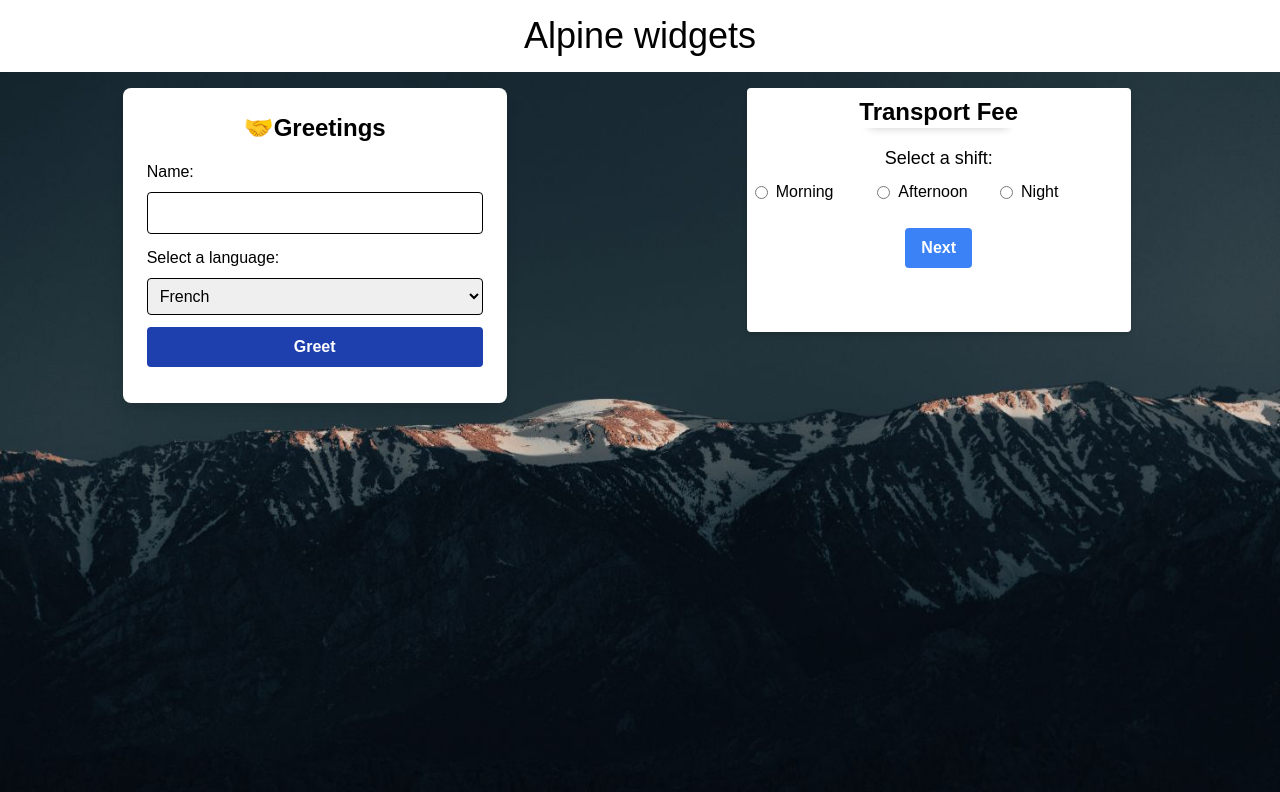
Repository: lasity34/alpine-bootcamp-widgets
Page: index.html
These files come from the project's save history. The page is drawn as it stood at one moment and after the next save; the edit follows.
The browser window is 1280 px wide. The pictures show the whole page.
Some web fonts or font styles are not loaded; a fallback is used. Some web libraries are served in a nearby version.

Above is the page before, as saved 2023-07-12 15:49:23.
Console error: ReferenceError: shift is not defined

### index.html
<!DOCTYPE html>
<html lang="en">
  <head>
    <meta charset="UTF-8" />
    <meta name="viewport" content="width=device-width, initial-scale=1.0" />
    <title>Alpine bootcamp widgets</title>
    <script src="https://unpkg.com/alpinejs@3.2.2" defer></script>

    <link
      href="https://cdn.jsdelivr.net/npm/tailwindcss@2.1.2/dist/tailwind.min.css"
      rel="stylesheet"
    />
    <link rel="preconnect" href="https://fonts.googleapis.com" />
    <link rel="preconnect" href="https://fonts.gstatic.com" crossorigin />
    <link
      href="https://fonts.googleapis.com/css2?family=Titillium+Web:ital@0;1&family=Tsukimi+Rounded:wght@300;400;500&display=swap"
      rel="stylesheet"
    />
    <link rel="stylesheet" href="./style.css" />
  </head>
  <body>
    <h1 class="text-4xl text-center mt-4 pb-4">Alpine widgets</h1>
    <div class="widget_container flex justify-around items-start h-screen">
      <section x-data="greet" class="w-1/3" >
        <div class="bg-white rounded-lg shadow-lg p-6 m-4 max-w-sm">
          <h2 class="text-2xl text-center font-bold mb-4">🤝Greetings</h2>
          <p
            class="mt-3 text-red-600 text-xl text-center"
            x-text="notification"
            x-show.transition="showNotification"
            x-transition:leave="transition ease-in duration-1000"
            x-transition:leave-start="opacity-100"
            x-transition:leave-end="opacity-0"
          ></p>
          <div>
            <label>Name:</label>
            <input
              type="text"
              x-model="name"
              class="border border-black p-2 mt-2 rounded w-full"
            />

            <label class="mt-3 block">Select a language:</label>
            <select
              x-model="language"
              class="border border-black mt-2 p-2 rounded w-full"
            >
              <option value="French">French</option>
              <option value="English">English</option>
              <option value="Spanish">Spanish</option>
            </select>
            <div class="flex justify-center flex-col">
              <button
                @click="validateInput() & greeting()"
                class="text-center mt-3 bg-blue-800 hover:bg-blue-900 text-white font-bold py-2 px-4 rounded"
              >
                Greet
              </button>

              <p
                class="mt-3 text-purple-700 text-2xl text-center"
                x-text="message"
              ></p>
            </div>
          </div>
        </div>
      </section>
      <section
      class="w-1/3 "
        x-data="transportFee"
      >
      <div class="flex flex-col items-center bg-white max-w-sm mt-4 pb-16 p-2 rounded shadow-md">
        <h1 class="text-2xl font-bold mb-4">Transport Fee</h1>

        <label class="text-lg mb-2">Select a shift:</label>
        <div class="flex justify-between w-full">


        <div class="flex items-center mb-2 w-1/3">
          <input
            type="radio"
            id="morning"
            name="shift"
            x-model="shift"
            value="morning"
            class="mr-2"
          />
          <label for="morning">Morning</label>
        </div>

        <div class="flex items-center mb-2 w-1/3">
          <input
            type="radio"
            id="afternoon"
            name="shift"
            x-model="shift"
            value="afternoon"
            class="mr-2"
          />
          <label for="afternoon">Afternoon</label>
        </div>

        <div class="flex items-center mb-2 w-1/3">
          <input
            type="radio"
            id="night"
            name="shift"
            x-model="shift"
            value="night"
            class="mr-2"
          />
          <label for="night">Night</label>
        </div>
      </div>
        <button
          @click="validate()"
          class="mt-4 bg-blue-500 hover:bg-blue-700 text-white font-bold py-2 px-4 rounded"
        >
          Next
        </button>
        </div>
      </section>
    </div>

    <script src="./greet.js"></script>
    <script src="./transportFee.js"></script>
  </body>
</html>

### style.css
body {


    font-family: 'Tsukimi Rounded', sans-serif;
}

h1 {
    box-shadow: 0 10px 10px -10px rgba(0,0,0,0.2);
    font-family: 'Tsukimi Rounded', sans-serif;
    color: #020101;
}

.widget_container {
    background-image: url(./background.jpg);
    background-repeat: no-repeat;
    background-size: cover;
    background-position: center;
}

### greet.js


function greet() {
  return {
    name: '',
    language: 'French',
    message: '',
    notification: '',
    showNotification: false,
    greeting() {
      if (!this.validateInput()) {
        return;
      }
      if (this.language === 'English') {
        this.message = `🇬🇧 Hello ${this.name} 🇬🇧`
      } else if (this.language === 'French') {
        this.message = `🇫🇷 Bonjour ${this.name} 🇫🇷`
      } else if (this.language === 'Spanish') {
        this.message = `🇪🇸 Hola ${this.name} 🇪🇸`
      }
      this.name = ''
    },
    validateInput() {
      let regex = /^[a-zA-Z]+$/;  // Regex for letters and spaces only
      if (!this.name) {
        this.notify('Please type in a name');
        return false;
      }
      if (!regex.test(this.name)) {
        this.notify('Please don\'t use special characters');
        this.name = ''
        return false;
      }

      return true;
    },
    notify(msg) {
      this.notification = msg;
      this.showNotification = true;
      setTimeout(() => this.showNotification = false, 3000);
    }
  }
}



document.addEventListener("alpine:init", () => {
    Alpine.data("greet", greet);
  });

### transportFee.js
function transportFee() {
    return {

    }
}




document.addEventListener("alpine:init", () => {
    Alpine.data("transportFee", transportFee);
  });

After the next save:
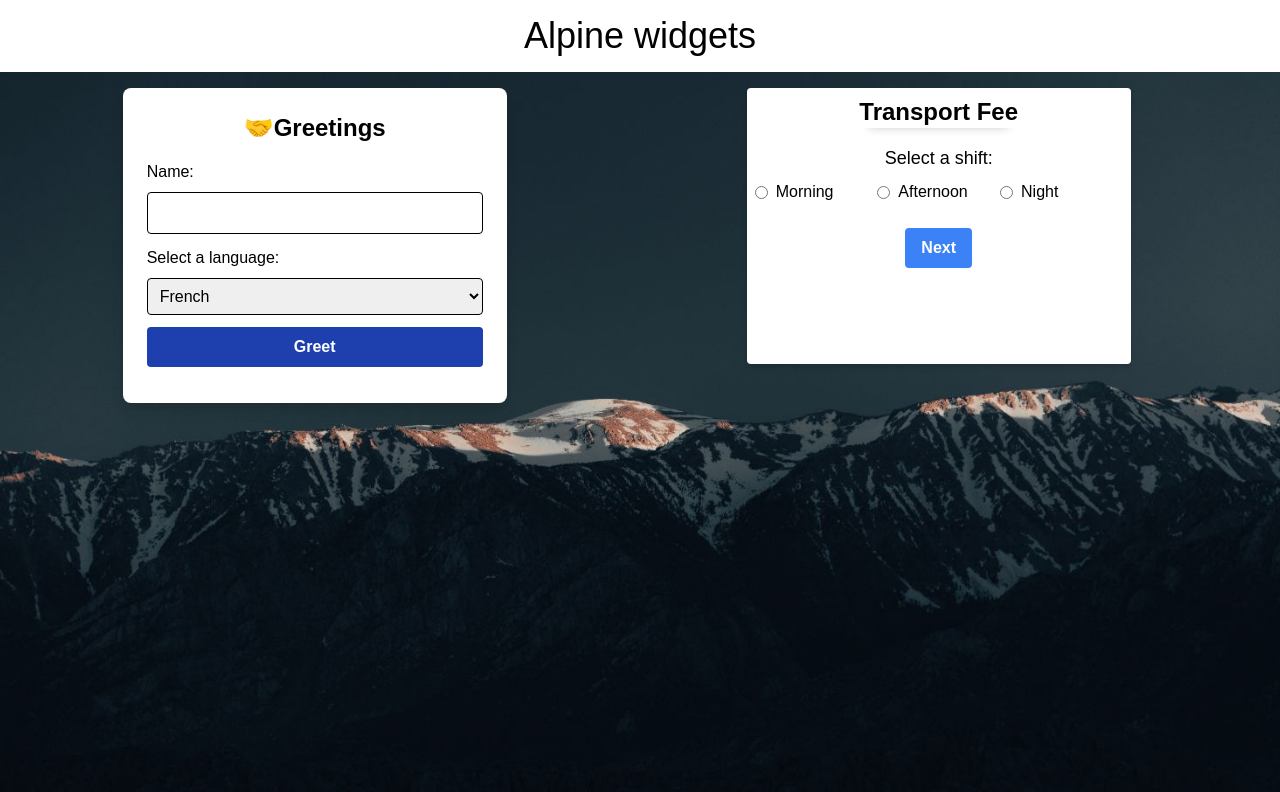
Saved 12 s later.
--- a/index.html
+++ b/index.html
@@ -69,7 +69,7 @@
       class="w-1/3 "
         x-data="transportFee"
       >
-      <div class="flex flex-col items-center bg-white max-w-sm mt-4 pb-16 p-2 rounded shadow-md">
+      <div class="flex flex-col items-center bg-white max-w-sm mt-4 pb-24 p-2 rounded shadow-md">
         <h1 class="text-2xl font-bold mb-4">Transport Fee</h1>
 
         <label class="text-lg mb-2">Select a shift:</label>
